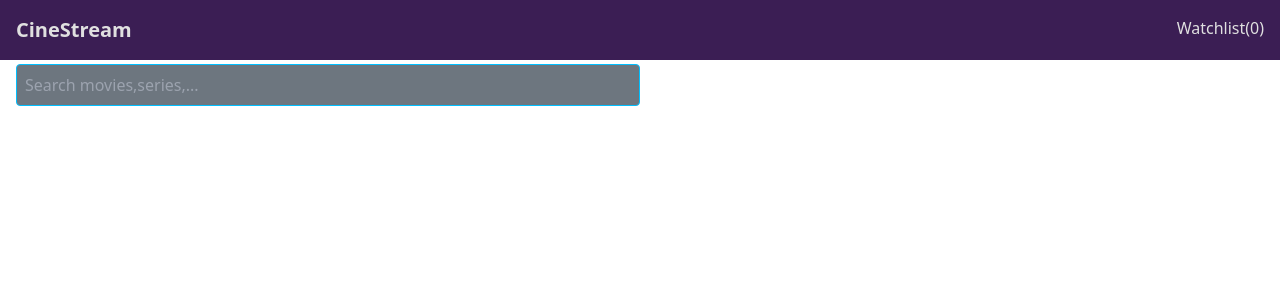
Repository: Reshmashameem31/Cine-Stream
Page: / (app in movie-project/)
These files come from the project's save history. The page is drawn as it stood at one moment and after the next save; the edit follows.
The browser window is 1280 px wide. The pictures show the whole page.
The project was rebuilt for these pictures with package versions that can differ from the ones it lists, and the page was loaded fresh each time. Also part of the build but not shown: movie-project/vite.config.js, movie-project/src/pages/WatchList.jsx.

Above is the page before, as saved 2025-08-15 16:14:27.

After the next save:
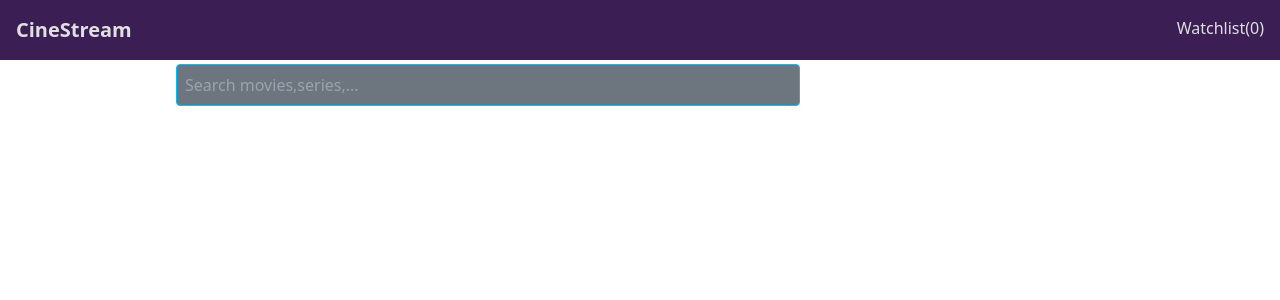
Saved 4 s later.
--- a/movie-project/src/pages/Home.jsx
+++ b/movie-project/src/pages/Home.jsx
@@ -3,7 +3,7 @@
 const Home = () => {
   return (
     <div className='p-4 pt-16'>
-        <input type='text' placeholder='Search movies,series,...' className='p-2 w-3/4 md:w-1/2 border rounded border-[#00BFFF] bg-[#0D1B2A] bg-opacity-60 backdrop-blur-md text-white fied top-16 left-1/2 ml ' />
+        <input type='text' placeholder='Search movies,series,...' className='p-2 w-3/4 md:w-1/2 border rounded border-[#00BFFF] bg-[#0D1B2A] bg-opacity-60 backdrop-blur-md text-white fied top-16 left-1/2 ml-40 ' />
         <div className='movies-container'></div>
         <div className='pagination-container'></div>
 

After the 2 saves that followed:
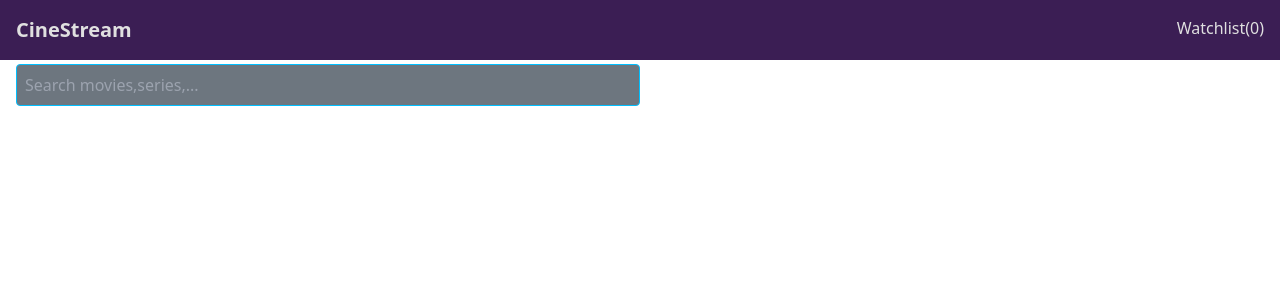
The 2 saves are shown as one change because they came seconds apart.
The last was saved 10 s later.
--- a/movie-project/src/pages/Home.jsx
+++ b/movie-project/src/pages/Home.jsx
@@ -3,7 +3,7 @@
 const Home = () => {
   return (
     <div className='p-4 pt-16'>
-        <input type='text' placeholder='Search movies,series,...' className='p-2 w-3/4 md:w-1/2 border rounded border-[#00BFFF] bg-[#0D1B2A] bg-opacity-60 backdrop-blur-md text-white fied top-16 left-1/2 ml-40 ' />
+        <input type='text' placeholder='Search movies,series,...' className='p-2 w-3/4 md:w-1/2 border rounded border-[#00BFFF] bg-[#0D1B2A] bg-opacity-60 backdrop-blur-md text-white fied top-16 left-1/2 ' />
         <div className='movies-container'></div>
         <div className='pagination-container'></div>
 
